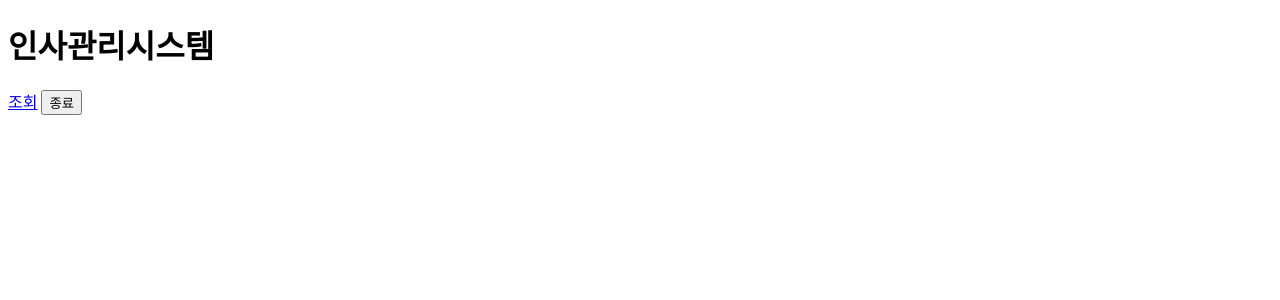
Repository: alsdud0301/jsp_study
Page: http://localhost/practice1/
These files come from the project's save history. The page is drawn as it stood at one moment and after the next save; the edit follows.
The browser window is 1280 px wide. The pictures show the whole page.
The page is served by Tomcat 9. Other server files are loaded and not shown.

Above is the page before, as saved 2025-05-21 09:11:19.

### practice1/src/main/webapp/index.jsp
<%@ page language="java" contentType="text/html; charset=UTF-8"
    pageEncoding="UTF-8"%>
<!DOCTYPE html>
<html>
<head>
<meta charset="UTF-8">
<title>Insert title here</title>
</head>
<body>
	<h1>인사관리시스템</h1>
	<!-- <button class="" onclick='location.href="./check"'>조회</button>
	<button class="" onclick='location.href="./reg"'>사원등록</button>
	<button class="" onclick='location.href="./update.jsp"'>정보변경</button>
	<button class="" onclick='location.href="./resign.jsp"'>퇴사처리</button> -->
	<a href="./check">조회</a>
	<button class="">종료</button>
</body>
</html>

After the next save:
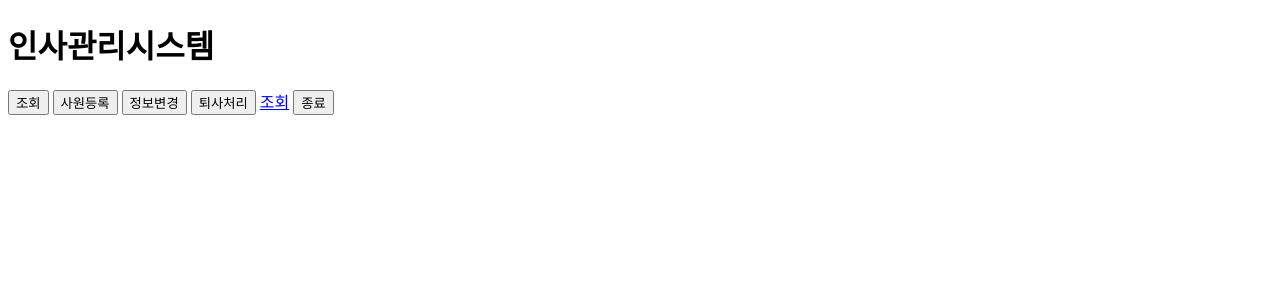
Saved 3 min 49 s later.
--- a/practice1/src/main/webapp/index.jsp
+++ b/practice1/src/main/webapp/index.jsp
@@ -8,10 +8,10 @@
 </head>
 <body>
 	<h1>인사관리시스템</h1>
-	<!-- <button class="" onclick='location.href="./check"'>조회</button>
+	<button class="" onclick='location.href="./check"'>조회</button>
 	<button class="" onclick='location.href="./reg"'>사원등록</button>
 	<button class="" onclick='location.href="./update.jsp"'>정보변경</button>
-	<button class="" onclick='location.href="./resign.jsp"'>퇴사처리</button> -->
+	<button class="" onclick='location.href="./resign.jsp"'>퇴사처리</button>
 	<a href="./check">조회</a>
 	<button class="">종료</button>
 </body>
